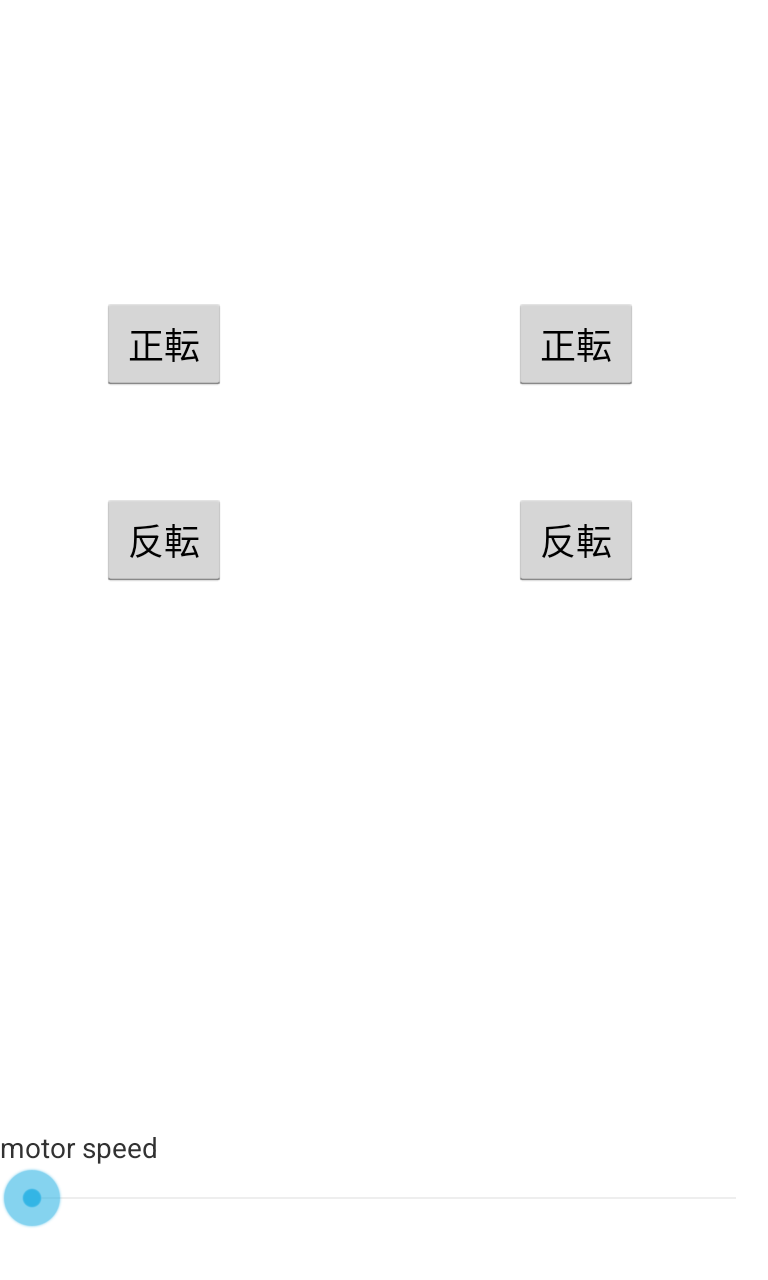
Repository: takugoto/2WD-car
Layout: workspace/2WDcar/res/layout/activity_main.xml
These files come from the project's save history. The layout is drawn as it stood at one moment and after the next save; the edit follows.
It is drawn on a 768 x 1280 px phone screen (xhdpi) without system bars, with theme AppTheme; the app's code is not run.

Above is the layout before, as saved 2012-11-29 04:37:13.

### workspace/2WDcar/res/layout/activity_main.xml
<RelativeLayout xmlns:android="http://schemas.android.com/apk/res/android"
    xmlns:tools="http://schemas.android.com/tools"
    android:layout_width="match_parent"
    android:layout_height="match_parent" >

    <SeekBar
        android:id="@+id/seekBar1"
        android:layout_width="match_parent"
        android:layout_height="wrap_content"
        android:layout_alignParentBottom="true"
        android:layout_alignParentLeft="true"
        android:layout_marginBottom="25dp" />

    <TextView
        android:id="@+id/textView1"
        android:layout_width="wrap_content"
        android:layout_height="wrap_content"
        android:layout_above="@+id/seekBar1"
        android:layout_alignParentLeft="true"
        android:text="motor speed" />

    <Button
        android:id="@+id/button1"
        android:layout_width="wrap_content"
        android:layout_height="wrap_content"
        android:layout_alignParentLeft="true"
        android:layout_alignParentTop="true"
        android:layout_marginLeft="50dp"
        android:layout_marginTop="148dp"
        android:text="正転" />

    <Button
        android:id="@+id/button2"
        android:layout_width="wrap_content"
        android:layout_height="wrap_content"
        android:layout_alignLeft="@+id/button1"
        android:layout_below="@+id/button1"
        android:layout_marginTop="50dp"
        android:text="反転" />

    <Button
        android:id="@+id/button3"
        android:layout_width="wrap_content"
        android:layout_height="wrap_content"
        android:layout_above="@+id/button2"
        android:layout_alignParentRight="true"
        android:layout_marginRight="64dp"
        android:text="正転" />

    <Button
        android:id="@+id/button4"
        android:layout_width="wrap_content"
        android:layout_height="wrap_content"
        android:layout_alignBaseline="@+id/button2"
        android:layout_alignBottom="@+id/button2"
        android:layout_alignLeft="@+id/button3"
        android:text="反転" />

</RelativeLayout>

Loaded but not shown: workspace/2WDcar/res/values-v11/styles.xml (common file); workspace/2WDcar/res/values-v14/styles.xml (common file); workspace/2WDcar/res/values/styles.xml (common file)

After the next save:
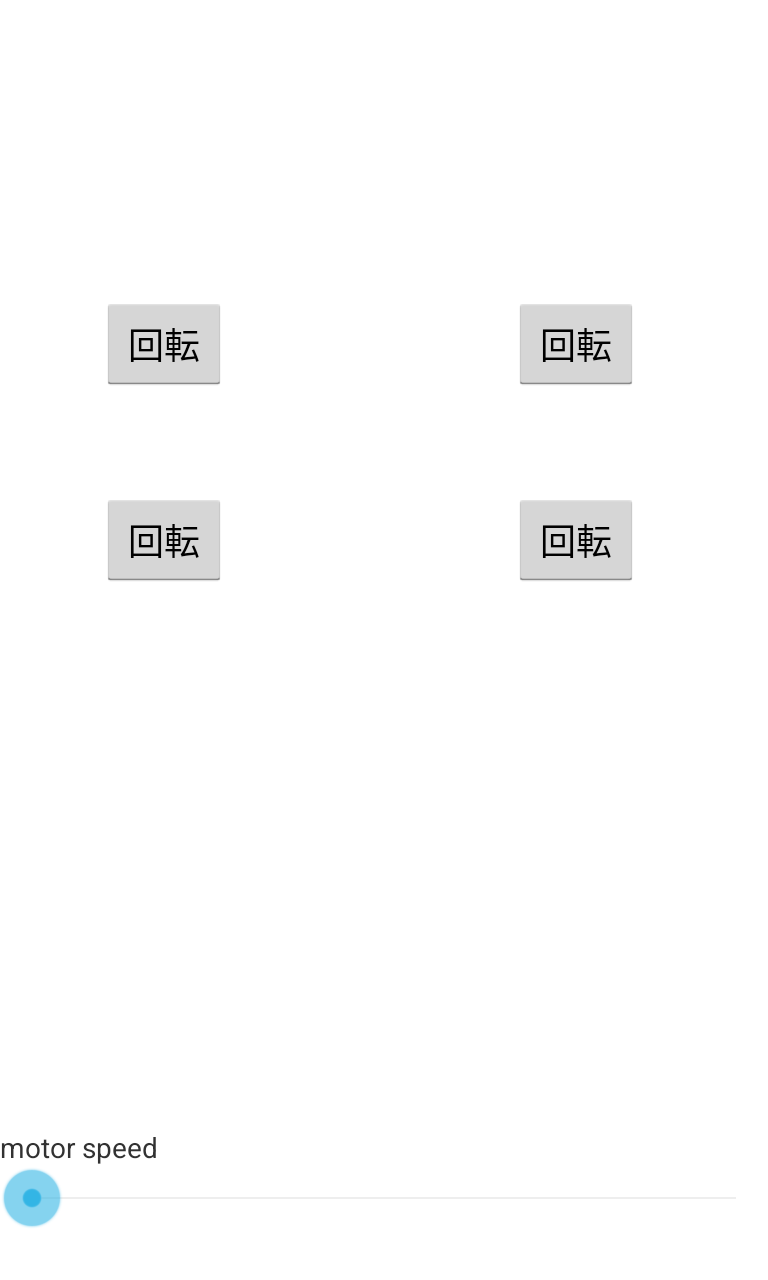
Saved 3 s later.
--- a/workspace/2WDcar/res/layout/activity_main.xml
+++ b/workspace/2WDcar/res/layout/activity_main.xml
@@ -27,7 +27,7 @@
         android:layout_alignParentTop="true"
         android:layout_marginLeft="50dp"
         android:layout_marginTop="148dp"
-        android:text="正転" />
+        android:text="回転" />
 
     <Button
         android:id="@+id/button2"
@@ -36,7 +36,7 @@
         android:layout_alignLeft="@+id/button1"
         android:layout_below="@+id/button1"
         android:layout_marginTop="50dp"
-        android:text="反転" />
+        android:text="回転" />
 
     <Button
         android:id="@+id/button3"
@@ -45,7 +45,7 @@
         android:layout_above="@+id/button2"
         android:layout_alignParentRight="true"
         android:layout_marginRight="64dp"
-        android:text="正転" />
+        android:text="回転" />
 
     <Button
         android:id="@+id/button4"
@@ -54,6 +54,6 @@
         android:layout_alignBaseline="@+id/button2"
         android:layout_alignBottom="@+id/button2"
         android:layout_alignLeft="@+id/button3"
-        android:text="反転" />
+        android:text="回転" />
 
 </RelativeLayout>
